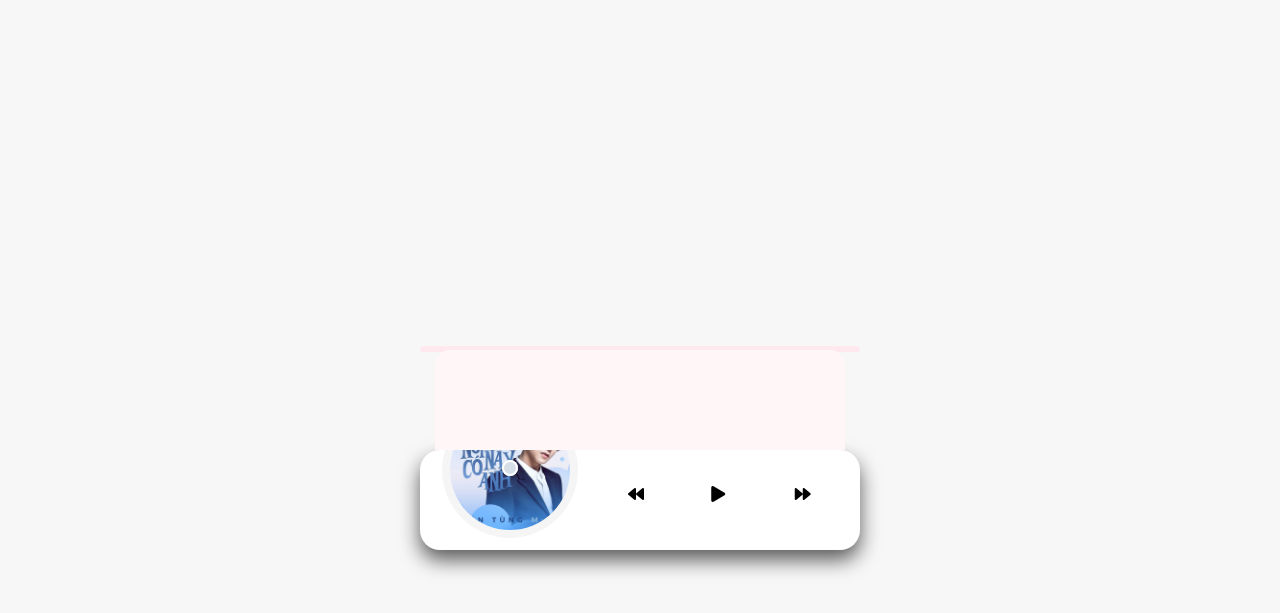
Repository: nguyentien110-fe/Music_Player_Demo
Page: index.html
These files come from the project's save history. The page is drawn as it stood at one moment and after the next save; the edit follows.
The browser window is 1280 px wide. The pictures show the whole page.

Above is the page before, as saved 2021-08-29 21:59:32.

### index.html
<!DOCTYPE html>
<html lang="en">

<head>
    <meta charset="UTF-8">
    <meta http-equiv="X-UA-Compatible" content="IE=edge">
    <meta name="viewport" content="width=device-width, initial-scale=1.0">
    <link rel="stylesheet" href="https://cdnjs.cloudflare.com/ajax/libs/font-awesome/5.15.4/css/all.min.css" integrity="sha512-1ycn6IcaQQ40/MKBW2W4Rhis/DbILU74C1vSrLJxCq57o941Ym01SwNsOMqvEBFlcgUa6xLiPY/NS5R+E6ztJQ==" crossorigin="anonymous" referrerpolicy="no-referrer">
    <link rel="stylesheet" href="style.css">
    <title>Music Player App | NTIEZDev</title>
</head>

<body>
    <div id="app">
        <div id="bg-artwork"></div>
        <div id="bg-layer"></div>
        <div id="player">
            <div id="player-track">
                <div id="album-name"></div>
                <div id="track-name"></div>
                <div id="track-time">
                    <div id="current-time"></div>
                    <div id="track-length"></div>
                </div>
            </div>
            <div id="s-area">
                <div id="ins-time"></div>
                <div id="s-hover"></div>
                <div id="seek-bar"></div>
            </div>
        </div>
        <div id="player-content">
            <div id="album-art">
                <img src="./img/pic1.jpg" class="active" id="1">
                <img src="./img/pic2.jpg" id="2">
                <img src="./img/pic3.jpg" id="3">
                <img src="./img/pic4.jpg" id="4">
                <img src="./img/pic5.jpg" id="5">
                <img src="./img/pic6.jpg" id="6">
            </div>
            <div id="player-controls">
                <div class="control">
                    <div class="button" id="play-previous">
                        <i class="fas fa-backward"></i>
                    </div>
                </div>
                <div class="control">
                    <div class="button" id="play-pause-button">
                        <i class="fas fa-play"></i>
                    </div>
                </div>
                <div class="control">
                    <div class="button" id="play-next">
                        <i class="fas fa-forward"></i>
                    </div>
                </div>
            </div>
        </div>
    </div>
    <script src="https://cdnjs.cloudflare.com/ajax/libs/jquery/3.6.0/jquery.min.js" integrity="sha512-894YE6QWD5I59HgZOGReFYm4dnWc1Qt5NtvYSaNcOP+u1T9qYdvdihz0PPSiiqn/+/3e7Jo4EaG7TubfWGUrMQ==" crossorigin="anonymous" referrerpolicy="no-referrer"></script>
    <script src="./main.js"></script>

</body>

</html>

### style.css
@import url('https://fonts.googleapis.com/css2?family=Yanone+Kaffeesatz&display=swap');
*:focus {
    outline: none;
}

body {
    font-family: 'Yanone Kaffeesatz', sans-serif;
}

#app {
    position: absolute;
    top: 50%;
    right: 0;
    left: 0;
    bottom: 0;
    width: 440px;
    height: 100px;
    margin: -10px auto;
}

#bg-artwork {
    position: fixed;
    top: 0;
    right: 0;
    left: 0;
    bottom: 0;
    background-position: center;
    background-repeat: no-repeat;
    background-size: cover;
    filter: blur(4px);
    z-index: 1;
}

#bg-layer {
    position: fixed;
    top: 0;
    right: 0;
    left: 0;
    bottom: 0;
    background-color: #ebebeb;
    opacity: 0.4;
    z-index: 2;
}

#player {
    position: relative;
    height: 100%;
    z-index: 3;
}

#player-track {
    position: absolute;
    top: 0;
    right: 15px;
    left: 15px;
    bottom: 0;
    padding: 14px 22px 12px 152px;
    background-color: #fff7f7;
    border-radius: 15px 15px 0 0;
    z-index: 3;
    transition: 0.3s ease top;
    will-change: transition;
}

#player-track.active {
    top: -110px;
}

#album-name {
    white-space: nowrap;
    overflow: hidden;
    text-overflow: ellipsis;
    color: #54576f;
    font-size: 28px;
    font-weight: 550;
}

#track-name {
    color: #999;
    font-size: 20px;
    margin: 4px 0 14px 0;
}

#track-time {
    height: 12px;
    margin-bottom: 8px;
    overflow: hidden;
}

#current-time {
    float: left;
}

#track-length {
    float: right;
}

#current-time,
#track-length {
    color: transparent;
    font-size: 14px;
    background-color: #ffe8ee;
    transition: 0.4s ease all;
    will-change: transition;
}

#track-time.active #current-time,
#track-time.active #track-length {
    color: #f86d92;
    background-color: transparent;
}

#s-area,
#seek-bar {
    position: relative;
    bottom: 4px;
    height: 6px;
    border-radius: 6px;
}

#s-area {
    background-color: #ffe8ee;
    cursor: pointer;
}

#ins-time {
    position: absolute;
    top: -30px;
    color: #fff;
    font-size: 12px;
    white-space: pre;
    padding: 8px 6px;
    border-radius: 4px;
    display: none;
}

#s-hover {
    position: absolute;
    top: 0;
    left: 0;
    bottom: 0;
    opacity: 0.2;
    z-index: 2;
}

#ins-time,
#s-hover {
    background-color: #434450;
}

#seek-bar {
    content: '';
    position: absolute;
    top: 0;
    left: 0;
    bottom: 0;
    background-color: #fd6d94;
    z-index: 1;
    transition: 0.2s ease all;
    will-change: transition;
}

#player-content {
    position: relative;
    height: 100%;
    background-color: #fff;
    box-shadow: 0 10px 20px #5a5a5a;
    border-radius: 20px;
    z-index: 2;
}

#album-art {
    position: absolute;
    top: -40px;
    width: 120px;
    height: 120px;
    margin-left: 30px;
    box-shadow: 0 0 0 8px #f5f5f5;
    border-radius: 50%;
    overflow: hidden;
    transition: 0.4s ease all;
    will-change: transition;
}

#album-art.active {
    top: -72px !important;
    box-shadow: 0 0 0 4px #fff7f7, 0 30px 50px -15px #afb7c1;
}

#album-art::before {
    content: '';
    position: absolute;
    top: 50%;
    right: 0;
    left: 0;
    width: 16px;
    height: 16px;
    margin: -10px auto -10px auto;
    background-color: #d6dee7;
    border-radius: 50%;
    box-shadow: inset 0 0 0 2px #fff;
    z-index: 2;
}

#album-art img {
    display: block;
    position: absolute;
    top: 0;
    left: 0;
    width: 100%;
    height: 100%;
    opacity: 0;
    z-index: -1;
}

#album-art img.active {
    opacity: 1;
    z-index: 1;
}

#album-art.active img.active {
    z-index: 1;
    animation: animateAlbum 4s linear 0s infinite forwards;
}

@keyframes animateAlbum {
    0% {
        transform: rotateZ(0);
    }
    100% {
        transform: rotateZ(360deg);
    }
}

#player-controls {
    width: 250px;
    height: 100%;
    margin: 0 6px 0 140px;
    float: right;
}

.control {
    width: 33.333%;
    float: left;
    padding: 12px 0;
}

.button {
    width: 26px;
    height: 26px;
    padding: 24px;
    background-color: #fff;
    border-radius: 10px;
    cursor: pointer;
    transform: scale(1);
}

.button i {
    display: block;
}

### main.js
$(function() {
    // Tạo biến và gán giá trị
    var playerTrack = $("#player-track"),
        bgArtwork = $('#bg-artwork'),
        bgArtworkUrl, albumName = $('#album-name'),
        trackName = $('#track-name'),
        albumArt = $('#album-art'),
        sArea = $('#s-area'),
        seekBar = $('#seek-bar'),
        trackTime = $('#track-time'),
        insTime = $('#ins-time'),
        sHover = $('#s-hover'),
        playPauseButton = $("#play-pause-button"),
        i = playPauseButton.find('i'),
        tProgress = $('#current-time'),
        tTime = $('#track-length'),
        tFlag = false,
        albums = ['Nơi này có anh', 'Bỏ em vào balo', 'Sai cách yêu', 'Một bước yêu vạn dặm đau', 'Nắm lấy tay anh', 'BIGCITYBOI'],
        trackNames = ['Sơn Tùng MTP', 'Tân Trần', 'Lê Bảo Bình', 'Mr.Siro', 'Tuấn Hưng', 'TOULIVER x BINZ'],
        albumArtworks = ['1', '2', '3', '4', '5', '6'],
        trackUrl = ['./Musics/song1.mp3', './Musics/song2.mp3', './Musics/song3.mp3', './Musics/song4.mp3', './Musics/song5.mp3', './Musics/song6.mp3'],
        playPreviousTrackButton = $('#play-previous'),
        playNextTrackButton = $('#play-next'),
        currIndex = -1

    // Keys chứa thông tin bài hát
    var songs = [

        {
            artist: "Sơn Tùng MTP",
            name: "Nơi này có anh",
            url: "./Musics/song1.mp3",
            picture: "./img/pic1.jpg"
        },
        {
            artist: "Tân Trần",
            name: "Bỏ em vào balo",
            url: "./Musics/song2.mp3",
            picture: "./img/pic2.jpg"
        },
        {
            artist: "Lê Bảo Bình",
            name: "Sai cách yêu",
            url: "./Musics/song3.mp3",
            picture: "./img/pic3.jpg"
        },
        {
            artist: "Mr.Siro",
            name: "Một bước yêu vạn dặm đau",
            url: "./Musics/song4.mp3",
            picture: "./img/pic4.jpg"
        },
        {
            artist: "Tuấn Hưng",
            name: "Nắm lấy tay anh",
            url: "./Musics/song5.mp3",
            picture: "./img/pic5.jpg"
        },
        {
            artist: "TOULIVER x BINZ",
            name: "BIGCITYBOI",
            url: "./Musics/song6.mp3",
            picture: "./img/pic6.jpg"
        }

    ];

    // Hàm playPause dùng để dừng nhạc / tiếp tục phát từ điểm dừng cuối cùng


    // Hàm showHover dùng để set giá trị muốn click khi hover trên thanh trượt


    // Hàm hideHover dùng để đặt lại các text đếm thời gian về điểm bắt đầu


    // Hàm playFromClickedPos có chức năng chuyển lời bài hát đến mốc thời gian đã chọn trên thanh trượt


    // Hàm updateCurrTime dùng để set thời gian, nếu đủ 100% thì chuyển bài và set thời gian về bắt đầu


    // Hàm selectTrack dùng để chuyển bài (tiến || lùi)


    // Hàm initPlayer dùng để bắt đầu Player và gán tuần tự các events

});

After the next save:
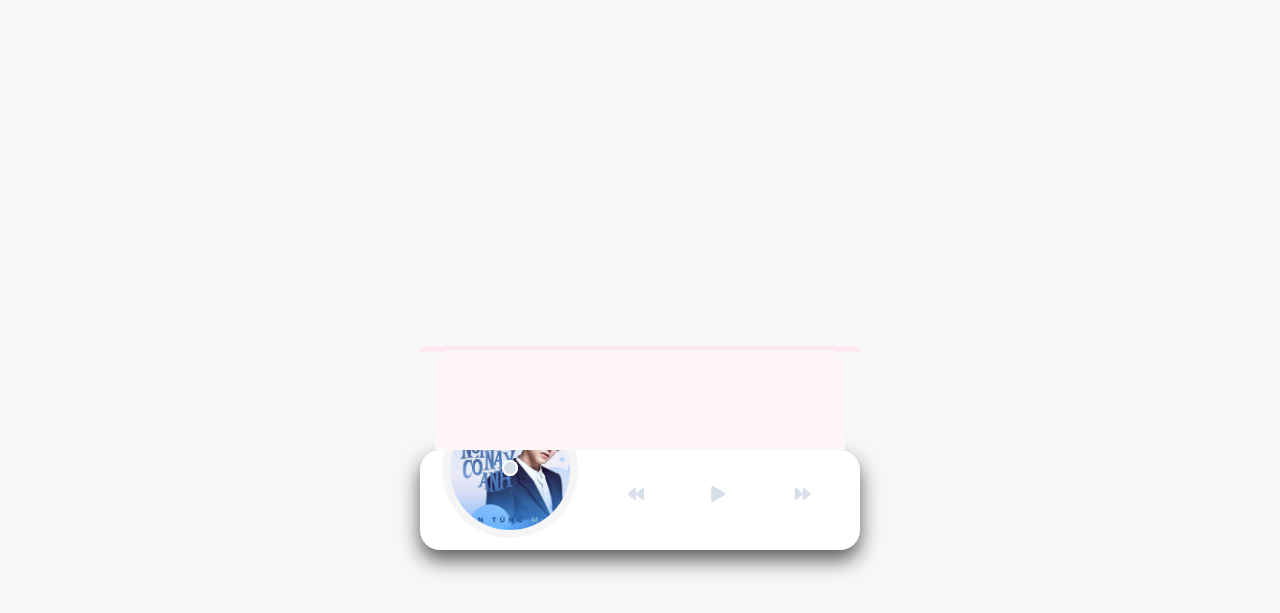
Saved 10 s later.
--- a/style.css
+++ b/style.css
@@ -257,4 +257,5 @@
 
 .button i {
     display: block;
-}
+    color: #d6dee7
+}
